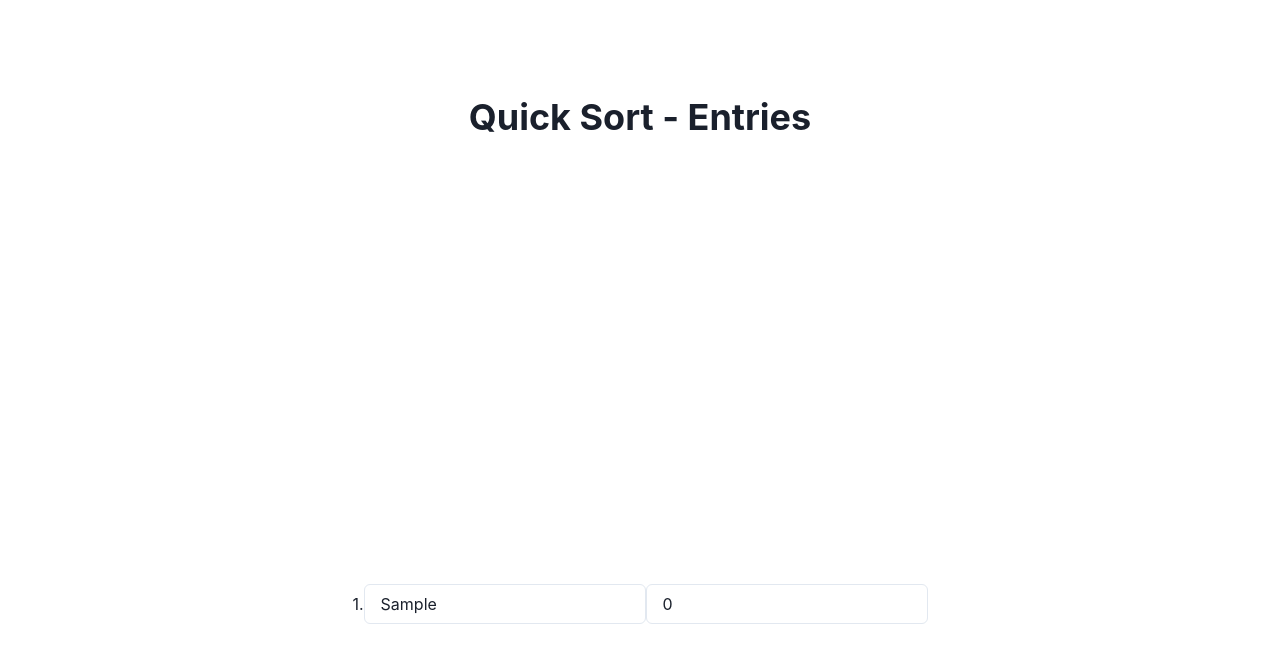
Repository: rohit-jindal18/stock-trailer
Page: /home
The author's editor kept a copy of each file at every save. The page is drawn from the files as they stood at one save, then again after the next save.
The browser window is 1280 px wide. The pictures show the whole page.
The project was rebuilt for these pictures with package versions that can differ from the ones it lists, and the page was loaded fresh each time. The framework's server and built-in components were replaced by stand-ins that run in the browser. Also part of the build but not shown: next.config.js.

Above is the page before, as saved 2023-03-14 14:59:30.

After the next save:
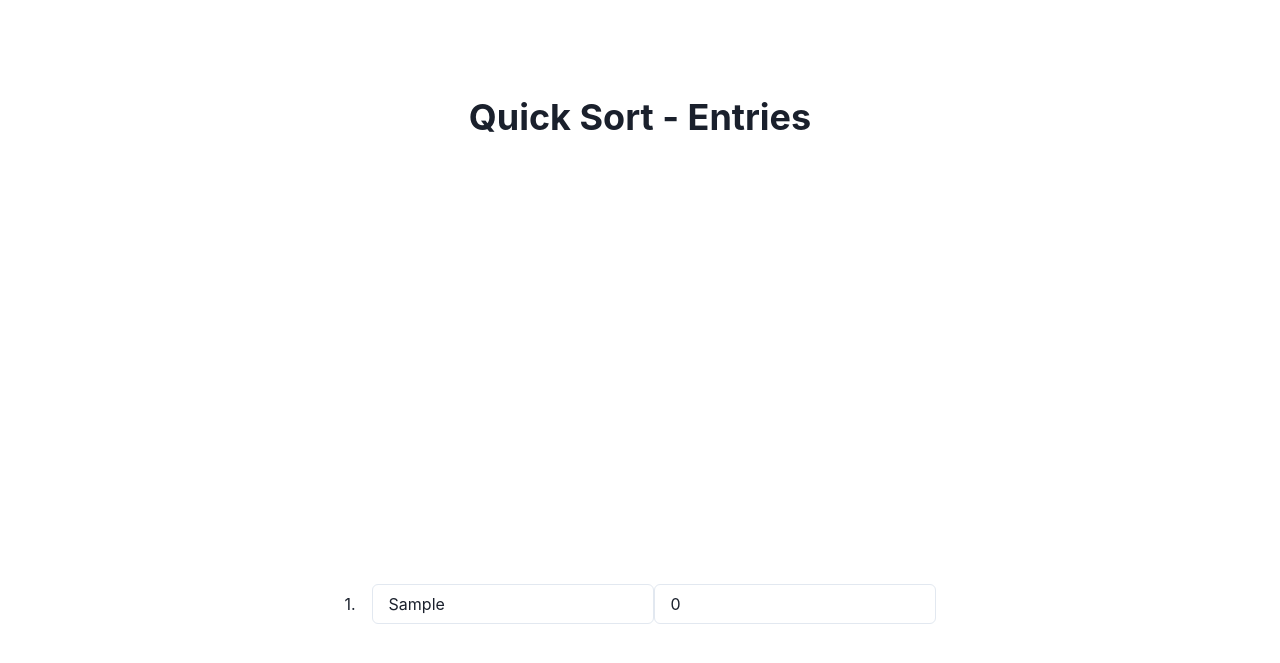
Saved 8 s later.
--- a/src/pages/home.tsx
+++ b/src/pages/home.tsx
@@ -29,7 +29,7 @@ export default function Authorize() {
             instruments.map((instrument, index) => {
               return (
                 <Box display={'flex'} alignItems='center' key={`qs-${index}`} >
-                  <Text>{index + 1}.</Text>
+                  <Text mr={'16px'}>{index + 1}.</Text>
                   <Input value={instrument.id} onChange={(event) => {
                     const newInstruments = [
                       ...instruments
